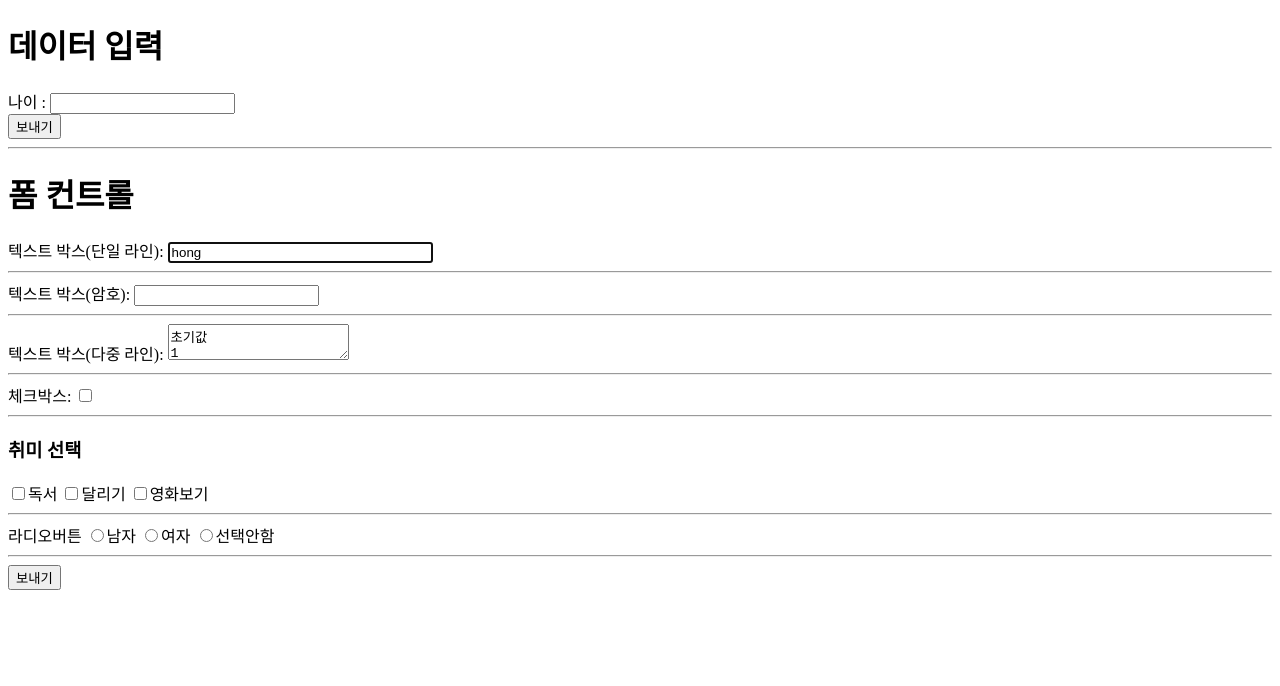
Repository: heoSuKyeong/client_Ssanyong
Page: ClientTest/src/main/webapp/html/ex18_form.html
An editor plug-in stored every save of this project. The page is shown before and after the next save, followed by the edit.
The browser window is 1280 px wide. The pictures show the whole page.

Above is the page before, as saved 2023-09-21 07:07:30.

### ClientTest/src/main/webapp/html/ex18_form.html
<!DOCTYPE html>
<html>
<head>
<meta charset="UTF-8">
<title>Insert title here</title>
</head>
<body>
	<h1>데이터 입력</h1>

	<form method="POST" action="ex18_server.jsp">
		나이 : <input type="text" name="age">
		<br>
		<input type="submit" value="보내기">

	</form>


	<hr>

	<h1>폼 컨트롤</h1>

	<form method="POST" action="ex18_server.jsp">
		<!--
		텍스트 박스(단일 라인):
		<input type="text">
		<br>
		체크 박스 <input type="checkbox">

		텍스트 박스(단일 라인):
		<input type="text" name="txt1" id="txt1" class="txt" size="30" maxlength="5">

		<hr>

		텍스트 박스(단일 라인):
		<input type="text" name="txt1" id="txt1" class="txt" size="30" value="홍길동">
		 -->


		텍스트 박스(단일 라인):
<!-- 		<input type="text" name="txt1" id="txt1" class="txt" size="30" value="hong" readonly> -->
<!-- 		<input type="text" name="txt1" id="txt1" class="txt" size="30" value="hong" disabled> -->

		<input type="text" name="txt1" id="txt1" class="txt" size="30" value="hong" accesskey="s" autofocus>

		<hr>


		텍스트 박스(암호):
		<input type="password">

		<hr>

		텍스트 박스(다중 라인):
		<textarea>
초기값
1
2</textarea>

		<hr>

		체크박스:
		<input type="checkbox">

		<hr>

		<h3>취미 선택</h3>
		<input type="checkbox" id="cd1"><label for="cd1">독서</label>	<!-- 방법1 -->
		<input type="checkbox" id="cd2"><label for="cd2">달리기</label>
		<label><input type="checkbox">영화보기</label>	<!-- 방법2(*)
		 -->


		<hr>

		라디오버튼
		<input type="radio" name="rbGender">남자
		<input type="radio" name="rbGender">여자
		<input type="radio" name="rbGender">선택안함


		<hr>
		<input type="submit" value="보내기">
	</form>


</body>
</html>

After the next save:
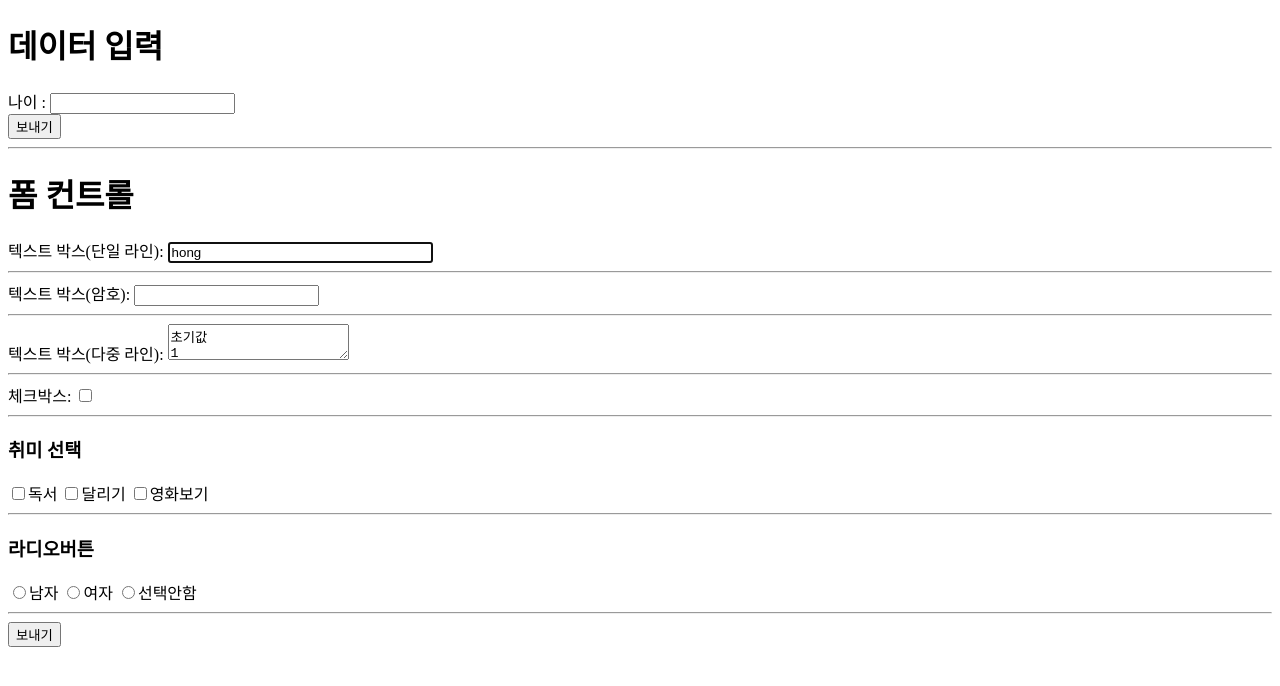
Saved 10 s later.
--- a/ClientTest/src/main/webapp/html/ex18_form.html
+++ b/ClientTest/src/main/webapp/html/ex18_form.html
@@ -72,7 +72,7 @@
 
 		<hr>
 
-		라디오버튼
+		<h3>라디오버튼</h3>
 		<input type="radio" name="rbGender">남자
 		<input type="radio" name="rbGender">여자
 		<input type="radio" name="rbGender">선택안함
